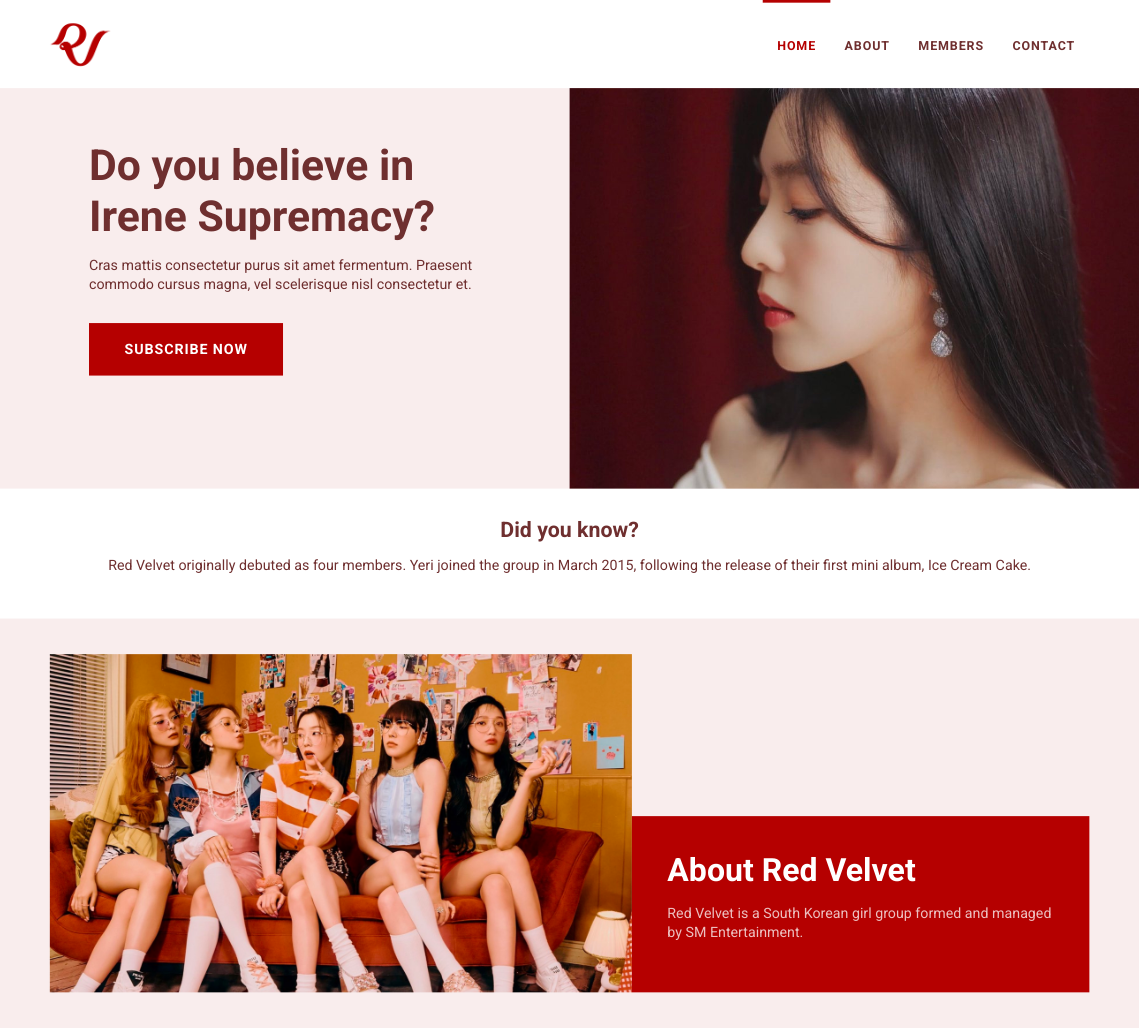
Repository: stillnotdavid/eternity-university
Page: app/index.html
An editor plug-in stored every save of this project. The page is shown before and after the next save, followed by the edit.
The browser window is 1280 px wide. The pictures show the whole page, at 89% of full size.
The style sheet was rebuilt from its Sass, Less or Tailwind sources for each picture, by a compiler version that may differ from the author's.

Above is the page before, as saved 2021-12-03 23:57:29.

### app/index.html
<!doctype html>
<html class="no-js" lang="">

<head>
  <meta charset="utf-8">
  <meta name="description" content="">

  <meta name="viewport" content="width=device-width, initial-scale=1, shrink-to-fit=no">
  <title>Red Velvet Fansite</title>
  <link rel="apple-touch-icon" href="apple-touch-icon.png">
  <!-- Place favicon.ico in the root directory -->
  <!-- build:css styles/vendor.css -->
  <!-- endbuild -->
  <!-- build:css styles/main.css -->
  <link rel="stylesheet" href="styles/main.css">
  <!-- endbuild -->
  <!-- build:js scripts/modernizr.js -->
  <script src="scripts/modernizr.js"></script>
  <!-- endbuild -->
</head>

<body>
  <!--[if IE]>
      <p class="browserupgrade">You are using an <strong>outdated</strong> browser. Please <a href="http://browsehappy.com/">upgrade your browser</a> to improve your experience.</p>
    <![endif]-->
  <header class="header">
    <div class="container header__container">
      <a class="header__logo" href="#"><img class="header__logo-image" src="images/logo.png"
          alt="Red Velvet Logo" /></a>
      <nav class="header__nav">
        <ul class="header__nav-links">
          <li class="header__nav-item">
            <a class="header__nav-link header__nav-link--active" href="">Home</a>
          </li>
          <li class="header__nav-item">
            <a class="header__nav-link" href="">About</a>
          </li>
          <li class="header__nav-item">
            <a class="header__nav-link" href="">Members</a>
          </li>
          <li class="header__nav-item">
            <a class="header__nav-link" href="">Contact</a>
          </li>
        </ul>
      </nav>
    </div>
  </header>
  <section class="hero">
    <div class="hero__cta">
      <h1>Do you believe in Irene Supremacy?</h1>
      <p>Cras mattis consectetur purus sit amet fermentum. Praesent commodo cursus magna, vel scelerisque nisl
        consectetur et.</p>
      <a class="button-primary" href="">Subscribe Now</a>
    </div>
    <div class="hero__image">
    </div>
  </section>
  <section class="trivia">
    <div class="container trivia__container">
      <div class="trivia__title">Did you know?</div>
      <p>Red Velvet originally debuted as four members. Yeri joined the group in March 2015, following the release of
        their first mini album, Ice Cream Cake.</p>
    </div>
  </section>
  <section class="about">
    <div class="container about__container">
      <img class="about__image" src="images/group.png" alt="Red Velvet Sitting!">
      <div class="about__text">
        <h2>About Red Velvet</h2>
        <p class="light">Red Velvet is a South Korean girl group formed and managed by SM Entertainment.</p>
      </div>
    </div>
  </section>

  <!-- build:js scripts/vendor.js -->
  <!-- endbuild -->
  <!-- build:js scripts/main.js -->
  <script src="scripts/main.js"></script>
  <!-- endbuild -->
</body>

</html>

### app/styles/main.scss
@import 'partials/colors';
@import 'partials/spacing';
@import 'partials/typography';

@import 'components/button';
@import 'components/header';
@import 'components/hero';
@import 'components/trivia';
@import 'components/about';


* {
  box-sizing: border-box;
}

html,
body {
  padding: 0;
  margin: 0;
}

.container {
  display: flex;
  width: 1200px;
  max-width: 1200px;
  margin: 0 auto;
  padding: 0 $spacing-large;
}

### app/styles/partials/_colors.scss
$color-primary: #B50000;
$color-secondary: #6F2F2F;

$background-primary: #F9EDED;

### app/styles/partials/_spacing.scss
$spacing-xsmall: 2px;
$spacing-small: 4px;
$spacing-medium: 8px;
$spacing-large: 16px;
$spacing-xlarge: 32px;

### app/styles/partials/_typography.scss
@import url('https://fonts.googleapis.com/css2?family=Roboto:wght@400;500;700&display=swap');


body,
html {
  font-family: 'Roboto', sans-serif;
}


$font-small: 14px;
$font-medium: 16px;
$font-large: 18px;
$font-xlarge: 24px;
$font-xxxlarge: 48px;

$font-regular: 400;
$font-medium: 500;
$font-bold: 700;


h1 {
  font-size: $font-xxxlarge;
  font-weight: $font-bold;
  color: $color-secondary;
  margin: $spacing-medium 0;
}

h2 {
  font-size: 36px;
  margin: 0;
}

p {
  font-size: $font-medium;
  color: $color-secondary;
  line-height: 22px;

  &.light {
    color: rgba(255, 255, 255, .75);
  }
}

### app/styles/components/_button.scss
.button-primary {
  display: inline-block;
  background-color: $color-primary;
  padding: 20px 40px;
  text-decoration: none;
  color: white;
  font-size: $font-medium;
  font-weight: $font-bold;
  text-transform: uppercase;
  letter-spacing: 1px;
  margin: $spacing-large 0;
}

### app/styles/components/_header.scss
$_logo-height: 50px;


.header {

  &__container {
    justify-content: space-between;
  }

  &__logo {
    display: flex;
    align-items: center;

    &-image {
      height: $_logo-height;
    }
  }

  &__nav {

    &-links {
      display: flex;
      list-style-type: none;
      padding: 0;
      margin: 0;
    }

    &-item {
      display: flex;
    }

    &-link {
      padding: 40px $spacing-large;
      text-decoration: none;
      color: $color-secondary;
      text-transform: uppercase;
      font-size: $font-small;
      font-weight: $font-bold;
      letter-spacing: 1px;
      border-top: 3px solid transparent;

      &:hover,
      &--active {
        color: $color-primary;
        border-top: 3px solid $color-primary;
      }
    }
  }
}

### app/styles/components/_hero.scss
$_hero-height: 450px;

.hero {
  height: $_hero-height;
  background: $background-primary;
  display: flex;

  &__container {
    align-items: center;
  }

  &__cta {
    flex: 0 0 50%;
    padding: 50px 100px;
  }

  &__image {
    flex: 0 0 50%;
    height: 100%;
    background-image: url('../../images/hero.jpeg');
    background-size: cover;
    background-position: center center;
  }
}

### app/styles/components/_trivia.scss
.trivia {
  text-align: center;
  padding: $spacing-xlarge;

  &__container {
    flex-direction: column;
  }

  &__title {
    font-size: $font-xlarge;
    font-weight: $font-bold;
    color: $color-secondary;
  }
}

### app/styles/components/_about.scss
.about {
  background: $background-primary;
  padding: 40px 0;

  &__container {
    align-items: flex-end;
  }

  &__image {
    height: 380px;
  }

  &__text {
    background: $color-primary;
    color: white;
    padding: 40px;
  }
}

Loaded but not shown: app/scripts/main.js (common file)

After the next save:
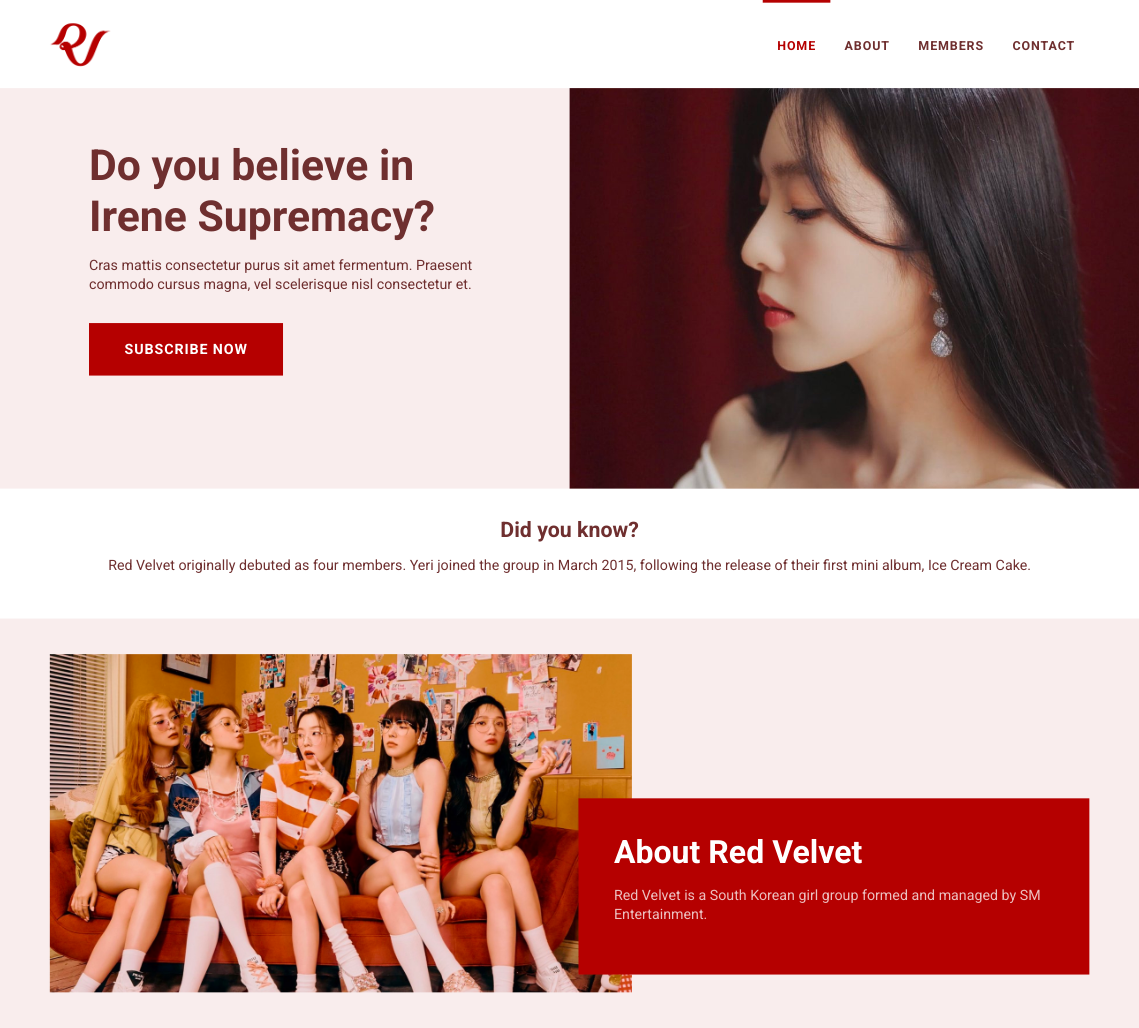
Saved 61 s later.
--- a/app/styles/components/_about.scss
+++ b/app/styles/components/_about.scss
@@ -14,5 +14,7 @@
     background: $color-primary;
     color: white;
     padding: 40px;
+    margin-left: -60px;
+    margin-bottom: 20px;
   }
 }
